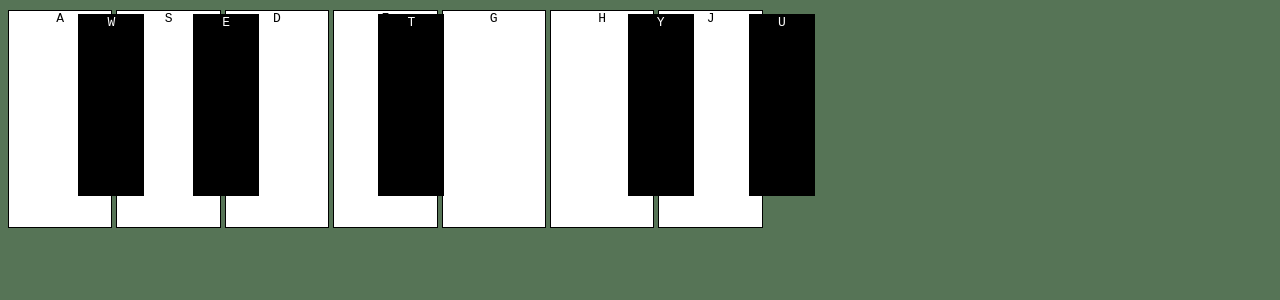
Repository: ctcoleman/Virtual-Piano
Page: index.html
The author's editor kept a copy of each file at every save. The page is drawn from the files as they stood at one save, then again after the next save.
The browser window is 1280 px wide. The pictures show the whole page.

Above is the page before, as saved 2020-07-20 09:01:59.

### index.html
<!DOCTYPE html>
<html>

<head>
    <meta charset="utf-8">
    <link type="text/css" rel="stylesheet" href="./index.css">
    <title>Chris's Keyboard Piano</title>
</head>

<body>
    <div class="white-keys-container">
        <kbd class="white-key" id="KeyA">A</kbd>
        <kbd class="white-key" id="KeyS">S</kbd>
        <kbd class="white-key" id="KeyD">D</kbd>
        <kbd class="white-key" id="KeyF">F</kbd>
        <kbd class="white-key" id="KeyG">G</kbd>
        <kbd class="white-key" id="KeyH">H</kbd>
        <kbd class="white-key" id="KeyJ">J</kbd>
    </div>
    <div class="black-keys-container">
        <kbd class="black-key" id="KeyW">W</kbd>
        <kbd class="black-key" id="KeyE">E</kbd>
        <kbd class="black-key" id="KeyT">T</kbd>
        <kbd class="black-key" id="KeyY">Y</kbd>
        <kbd class="black-key" id="KeyU">U</kbd>
    </div>
    <script src="./index.js"></script>
</body>

</html>

### index.css
html {
    background: rgba(1, 46, 1, 0.664);
    color: black;
    box-sizing: border-box;
}

.white-key-container {
    margin: 15vh 15vw;
    width: 70vw;
    position: relative;
}
.white-key {
    text-align: center;
    display: inline-block;
    width: 8vw;
    height: 30vh;
    background: white;
    border: 1px solid black;
}

.black-key-container {
    margin: 10vh 5vw;
    width: 70vw;
}
.black-key {
    position: relative;
    z-index: 1;
    top: -30vh;
    text-align: center;
    display: inline-block;
    width: 5vw;
    height: 25vh;
    background: black;
    color: white;
    border: 1px solid black;
}
#KeyW {
    left: 5.5vw;
}
#KeyE {
    left: 9vw;
}
#KeyT {
    left: 18vw;
}
#KeyY {
    left: 32vw;
}
#KeyU {
    left: 36vw;
}

### index.js
const aKey = document.getElementById('KeyA')
const sKey = document.getElementById('KeyS')
const dKey = document.getElementById('KeyD')
const fKey = document.getElementById('KeyF')
const gKey = document.getElementById('KeyG')
const hKey = document.getElementById('KeyH')
const jKey = document.getElementById('KeyJ')
const wKey = document.getElementById('KeyW')
const eKey = document.getElementById('KeyE')
const tKey = document.getElementById('KeyT')
const yKey = document.getElementById('KeyY')
const uKey = document.getElementById('KeyU')






const keys = [aKey, sKey, dKey, fKey, gKey, hKey, jKey, wKey, eKey, tKey, yKey, uKey]
console.log(keys)
document.addEventListener('keypress', (keyPressed) => {
    const key = keyPressed.code
    switch (key) {
        case keys[0].id:
            new Audio('./keys/A.mp3').play()
            break
        case keys[1].id:
            new Audio('./keys/S.mp3').play()
            break
        case keys[2].id:
            new Audio('./keys/D.mp3').play()
            break
        case keys[3].id:
            new Audio('./keys/F.mp3').play()
            break
        case keys[4].id:
            new Audio('./keys/G.mp3').play()
            break
        case keys[5].id:
            new Audio('./keys/H.mp3').play()
            break
        case keys[6].id:
            new Audio('./keys/J.mp3').play()
            break
        case keys[7].id:
            new Audio('./keys/W.mp3').play()
            break
        case keys[8].id:
            new Audio('./keys/E.mp3').play()
            break
        case keys[9].id:
            new Audio('./keys/T.mp3').play()
            break
        case keys[10].id:
            new Audio('./keys/Y.mp3').play()
            break
        case keys[11].id:
            new Audio('./keys/U.mp3').play()
            break
        default:
            console.log('Invalid Key Press')
    }
})

After the next save:
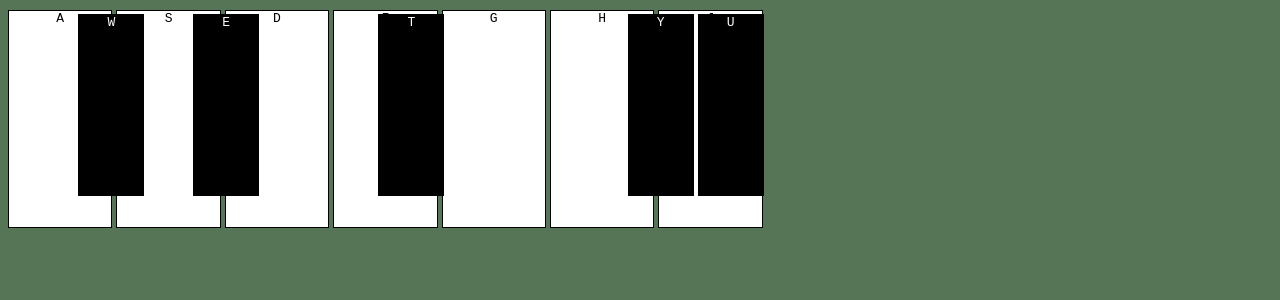
Saved 6 s later.
--- a/index.css
+++ b/index.css
@@ -47,5 +47,5 @@ html {
     left: 32vw;
 }
 #KeyU {
-    left: 36vw;
+    left: 32vw;
 }
